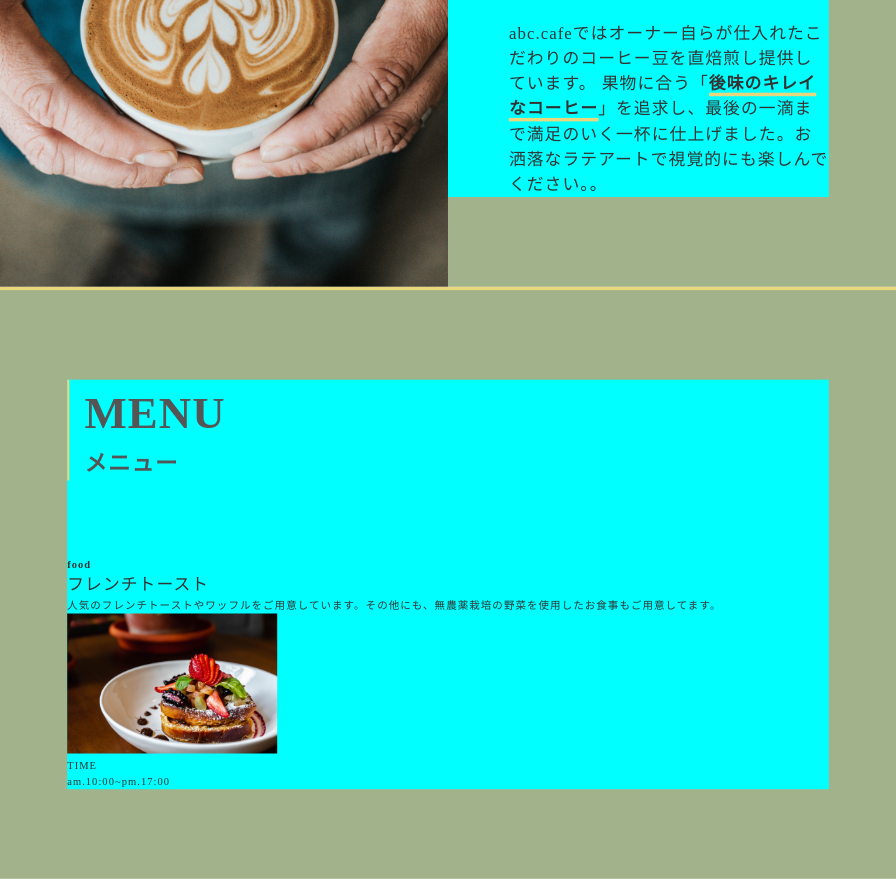
Repository: nozomi-23/lp1_test
Page: index.html
An editor plug-in stored every save of this project. The page is shown before and after a run of saves, followed by the edit.
The browser window is 1280 px wide. The pictures show the part of the page from y = 2639 to 4559 px (the page is 3894 px tall before and 4559 px after), at 70% of full size.

Above is the page before, as saved 2022-06-08 15:12:29.

After the next 2 saves:
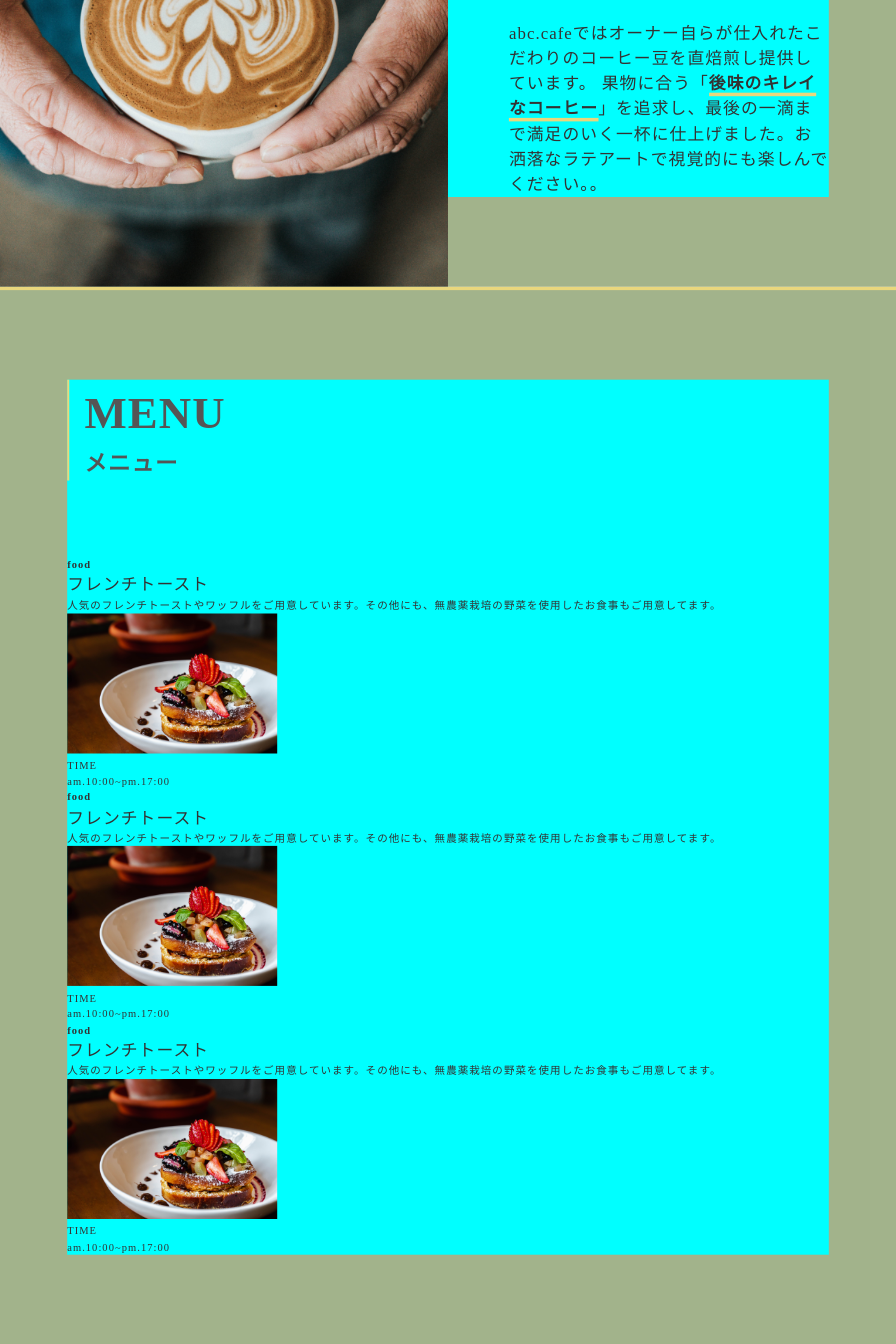
The 2 saves are shown as one change because they came seconds apart.
The last was saved 48 s later.
--- a/index.html
+++ b/index.html
@@ -114,6 +114,34 @@
 
 
       </div>
+      <div class="fram">
+        <div class="txt">
+          <h4>food</h4>
+          <p>フレンチトースト</p>
+        </div>
+        <p>人気のフレンチトーストやワッフルをご用意しています。その他にも、無農薬栽培の野菜を使用したお食事もご用意してます。</p>
+        <img src="img/menu_1.png" alt="フレンチトースト">
+        <div>
+          <p>TIME</p>
+        </div>
+        <p>am.<span>10:00</span>~pm.<span>17:00</span></p>
+
+
+      </div>
+      <div class="fram">
+        <div class="txt">
+          <h4>food</h4>
+          <p>フレンチトースト</p>
+        </div>
+        <p>人気のフレンチトーストやワッフルをご用意しています。その他にも、無農薬栽培の野菜を使用したお食事もご用意してます。</p>
+        <img src="img/menu_1.png" alt="フレンチトースト">
+        <div>
+          <p>TIME</p>
+        </div>
+        <p>am.<span>10:00</span>~pm.<span>17:00</span></p>
+
+
+      </div>
     </div>
   </section>
 
